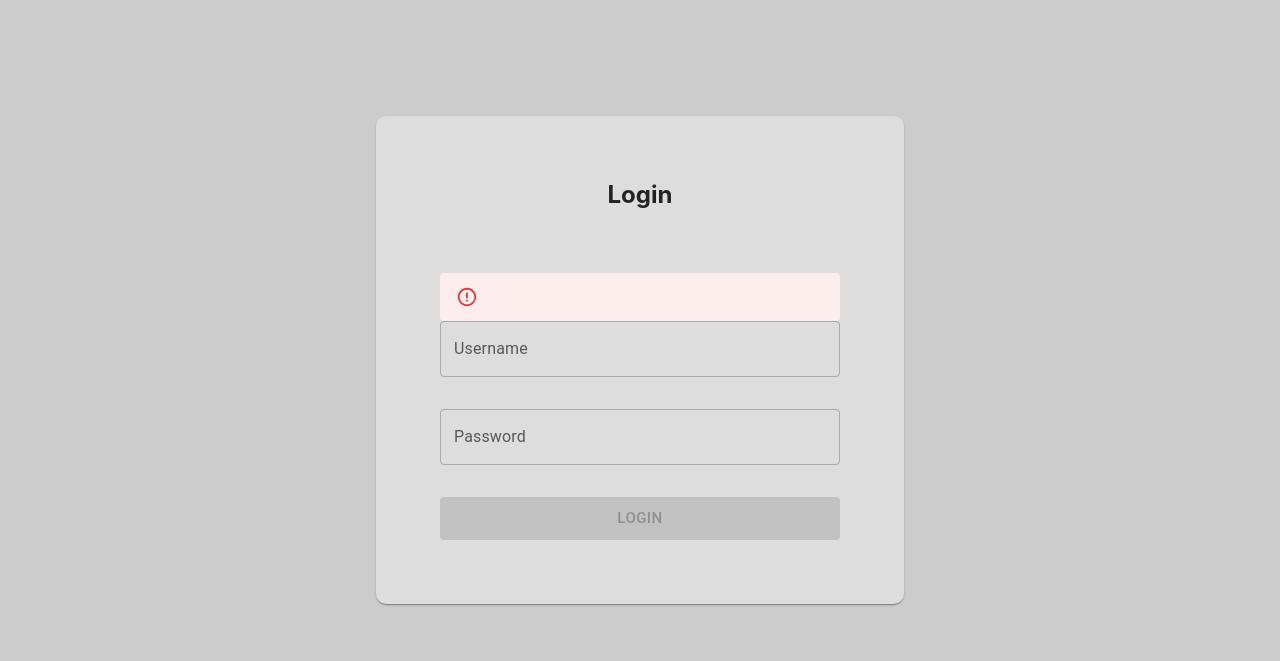
Repository: devhalo21028/learn-react
Page: / (app in end-to-end-test/my-app/)
The author's editor kept a copy of each file at every save. The page is drawn from the files as they stood at one save, then again after the next save.
The browser window is 1280 px wide. The pictures show the whole page.
The page's requests for data from a server got no answer. The project was rebuilt for these pictures with package versions that can differ from the ones it lists, and the page was loaded fresh each time. No one was signed in, and anything a server would have sent is missing. Also part of the build but not shown: end-to-end-test/my-app/src/general/components/Welcome/Welcome.tsx.

Above is the page before, as saved 2022-01-18 21:11:04.

After the next save:
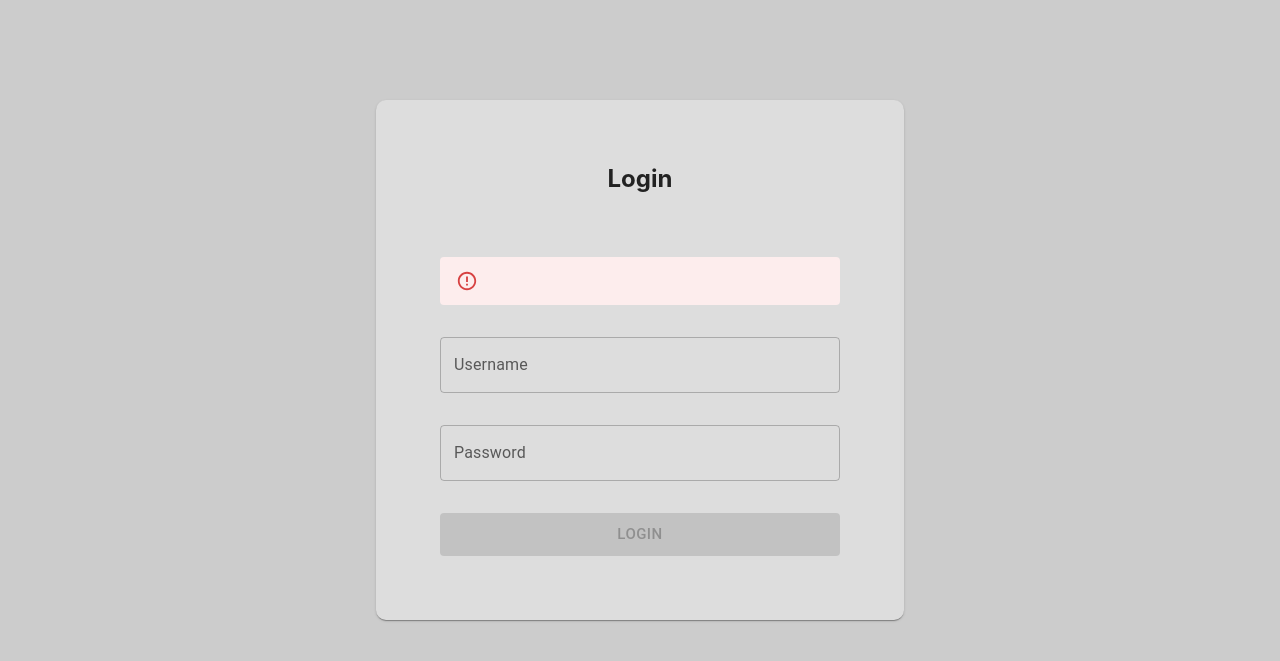
Saved 21 s later.
--- a/end-to-end-test/my-app/src/auth/components/Login/Login.tsx
+++ b/end-to-end-test/my-app/src/auth/components/Login/Login.tsx
@@ -49,6 +49,9 @@ export default function Login() {
         { !error && (
           <Alert
             severity="error"
+            css={css`
+              margin-bottom: 2rem;
+            `}
           >
             {getErrorMessage(error)}
           </Alert>
